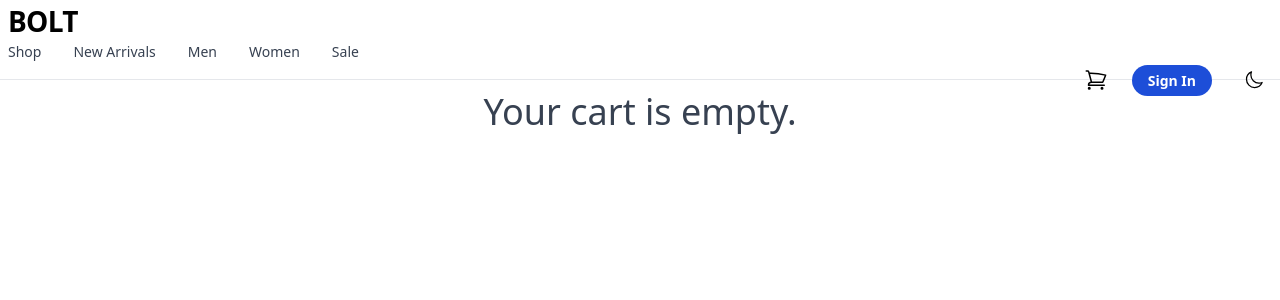
Repository: coder101-js/Ecommer-Store
Page: /Cart
These files come from the project's save history. The page is drawn as it stood at one moment and after a run of saves; the edit follows.
The browser window is 1280 px wide. The pictures show the whole page.
The project was rebuilt for these pictures with package versions that can differ from the ones it lists, and the page was loaded fresh each time. The framework's server and built-in components were replaced by stand-ins that run in the browser. Also part of the build but not shown: next.config.mjs.

Above is the page before, as saved 2025-07-19 20:30:18.

After the next 2 saves:
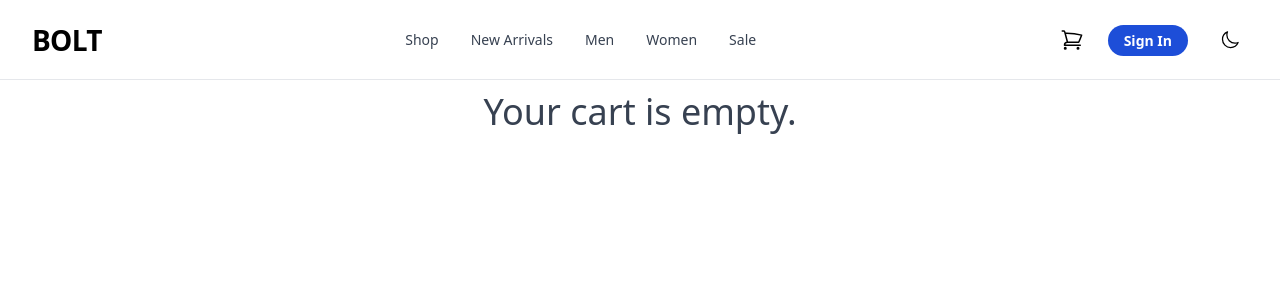
The 2 saves are shown as one change because they came seconds apart.
The last was saved 11 s later.
--- a/app/components/Navbar.jsx
+++ b/app/components/Navbar.jsx
@@ -57,7 +57,7 @@ export default function Navbar() {
         style={{ height }}
         className="fixed top-0 left-0 w-full z-50 bg-white dark:bg-black border-b border-gray-200 dark:border-neutral-800 backdrop-blur transition-colors mb-4"
       >
-        <div className="max-w-7xl mx-auto px-2 sm:px-4 lg:px-6">
+        <div className="max-w-7xl mx-auto px-4 sm:px-6 lg:px-8 flex justify-between items-center h-full">
           {/* Logo */}
           <motion.div
             style={{ fontSize }}
